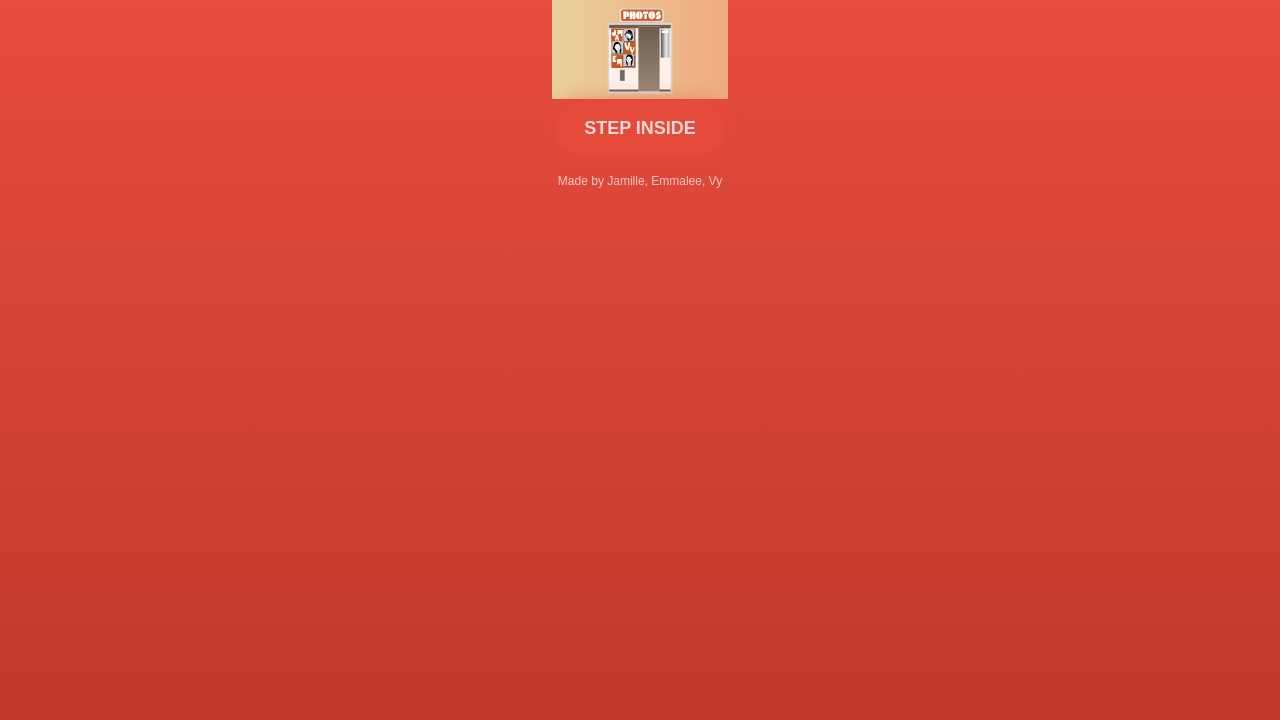
Repository: Strawb3rryjam/QuickSnip
Page: index.html
These files come from the project's save history. The page is drawn as it stood at one moment and after the next save; the edit follows.
The browser window is 1280 px wide. The pictures show the whole page.

Above is the page before, as saved 2025-05-08 13:49:22.

After the next save:
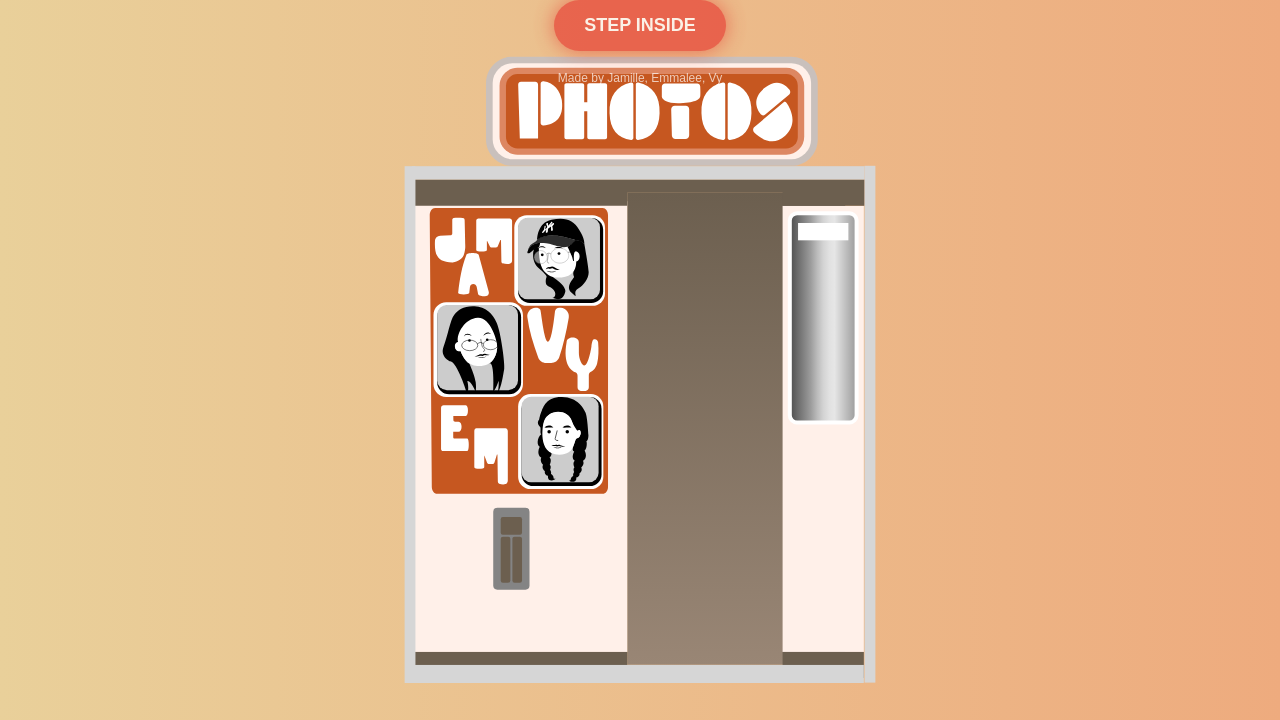
Saved 10 min 52 s later.
--- a/styles.css
+++ b/styles.css
@@ -22,15 +22,16 @@
 
 
 
-
-.booth-base {
-  height: 80px;
-  background-color: #1a1a1a;
-  position: absolute;
-  bottom: 0;
-  width: 100%;
-  border-top: 4px solid #c0392b;
-}
+.entrance{
+  position: absolute;
+  top: 0;
+  left: 0;
+  width: 100%;
+  height: 100%;
+  object-fit: cover;
+  z-index: -1; /* send it behind any text or buttons */
+}
+
 
 #enterBoothButton {
   background-color: #e74c3c;
@@ -58,6 +59,8 @@
     transform: scale(1.05);
   }
 }
+
+/***********************************/
 
 /* Original CSS continues here */
 .start-screen {

After the save that followed:
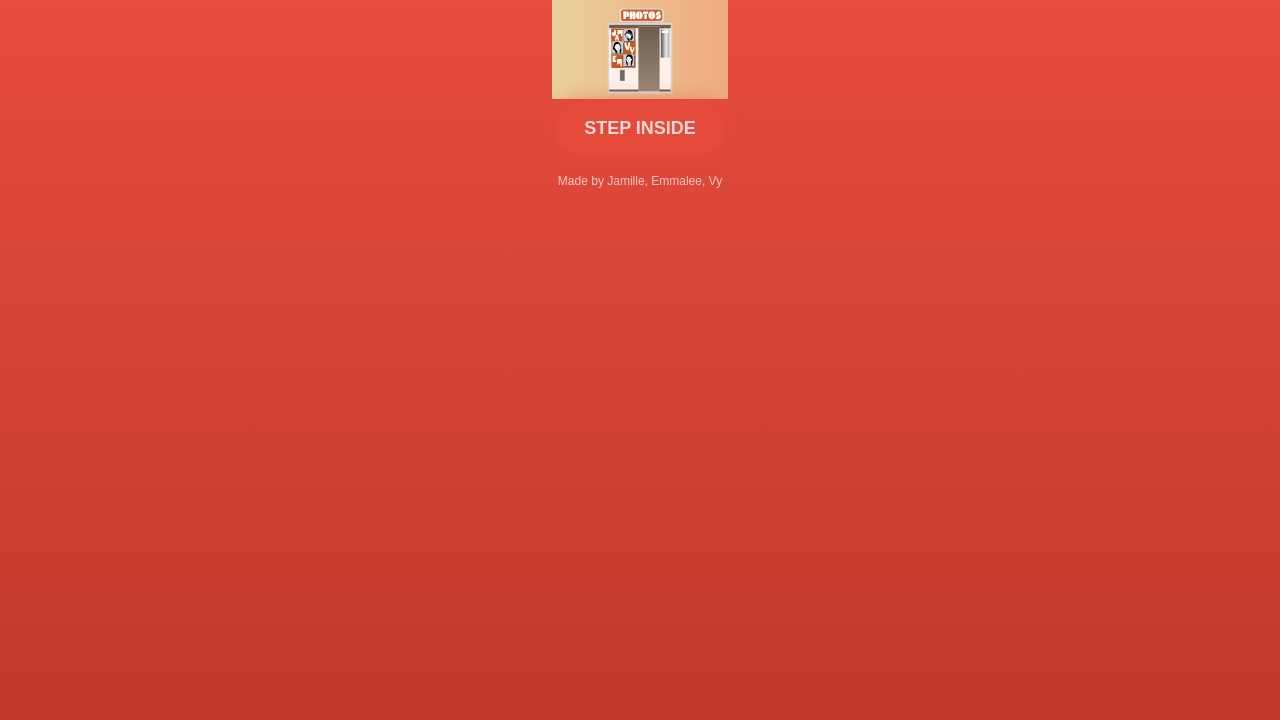
Saved 32 s later.
--- a/styles.css
+++ b/styles.css
@@ -23,13 +23,9 @@
 
 
 .entrance{
-  position: absolute;
-  top: 0;
-  left: 0;
-  width: 100%;
-  height: 100%;
-  object-fit: cover;
-  z-index: -1; /* send it behind any text or buttons */
+  background-size: cover;
+  background-position: center;
+  background-repeat: no-repeat;
 }
 
 
